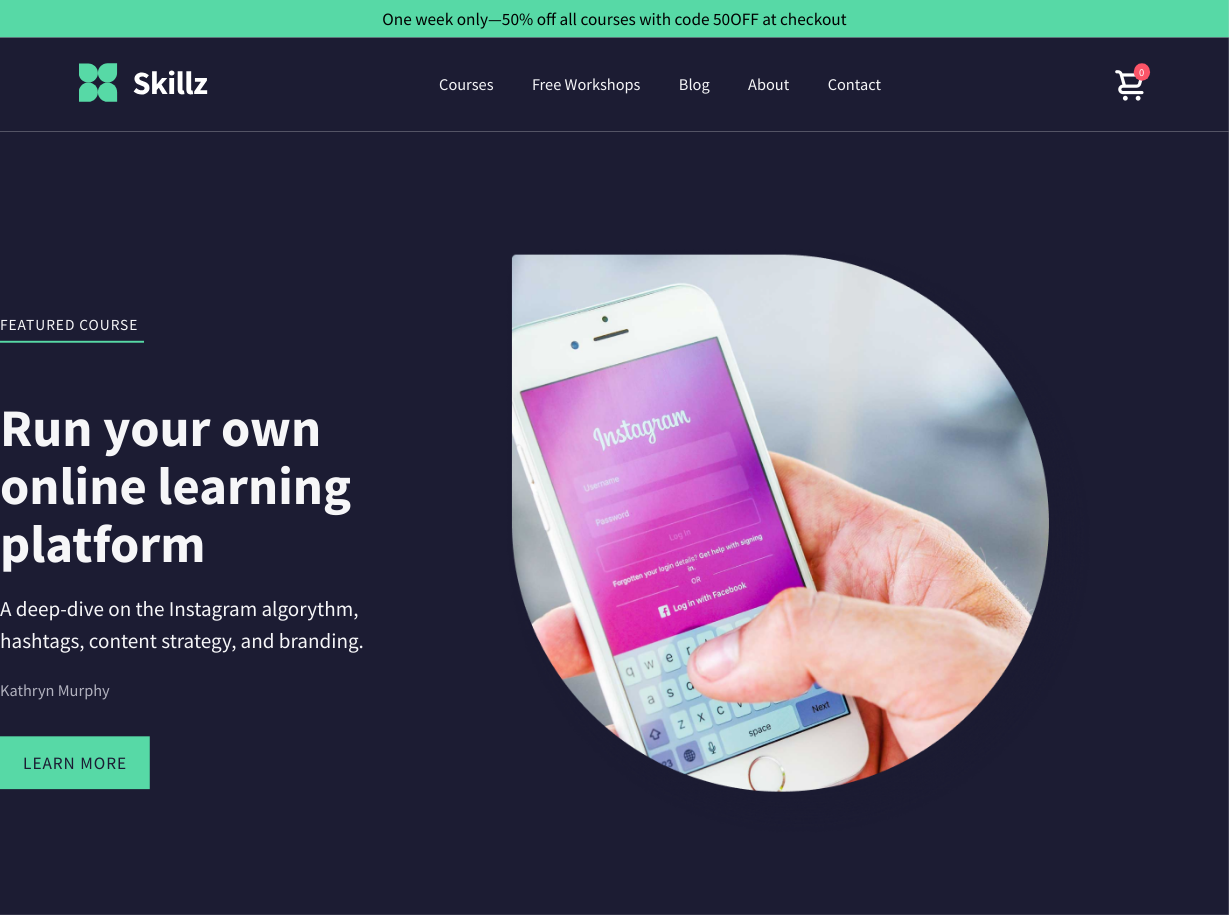
Repository: saidabbasun/skillz
Page: /
An editor plug-in stored every save of this project. The page is shown before and after a run of saves, followed by the edit.
The browser window is 1280 px wide. The pictures show the whole page, at 96% of full size.
The project was rebuilt for these pictures with package versions that can differ from the ones it lists, and the page was loaded fresh each time.

Above is the page before, as saved 2022-06-13 04:30:35.

### public/index.html
<!DOCTYPE html>
<html lang="en">
  <head>
    <meta charset="utf-8" />

    <meta name="viewport" content="width=device-width, initial-scale=1" />
    <meta name="theme-color" content="#000000" />
    <link rel="stylesheet" href="https://unicons.iconscout.com/release/v4.0.0/css/line.css">
    <title>React App</title>
  </head>
  <body>

    <div id="root"></div>

  </body>
</html>

### src/index.js
import React from 'react';
import ReactDOM from 'react-dom/client';
import { BrowserRouter } from "react-router-dom";
import App from './App';


const root = ReactDOM.createRoot(document.getElementById('root'));
root.render(
  <BrowserRouter>
    <App />
  </BrowserRouter>
);

### src/App.js
import Header from './Components/Header';
import Home from './Components/Home';
import './styles/Globl/collection.scss';

function App() {
  return (
    <div>
    <Header/>
    <Home/>
    </div>
  );
}

export default App;

### src/Components/Header.jsx
import React from 'react'

import { Link } from 'react-router-dom';
import Logo from '../assets/images/Logo.svg';
const Header = () => {
  return (
    <div>
        <div className="topDiscount">
            <p>One week only—50% off all courses with code 50OFF at checkout</p>
        </div>
        <div className="container">
            <div className="navbar">
                <Link  to={`/`}>
                <img src={Logo} alt="logo" />
                </Link>
                <div className="navbarNav">
                    <div className="navItem">
                        <Link  to={`/`} className='navLink'>Courses</Link>
                    </div>
                    <div className="navItem">
                        <Link  to={`/`} className='navLink'>Free Workshops</Link>
                    </div>
                    <div className="navItem">
                        <Link  to={`/`} className='navLink'>Blog</Link>
                    </div>
                    <div className="navItem">
                        <Link  to={`/`} className='navLink'>About</Link>
                    </div>
                    <div className="navItem">
                        <Link  to={`/`} className='navLink'>Contact</Link>
                    </div>
                </div>
                <div className="cartWrapper">
                <Link  to={`/`}>
                <i class="uil uil-shopping-cart cart"></i>
                </Link>
                     <div className="count">
                        <p>0</p>
                     </div>
                </div>
            </div>
        </div>
    </div>
  )
}

export default Header

### src/Components/Home.jsx
import React from 'react'
import { Link } from 'react-router-dom'

const Home = () => {
  return (
    <div className='container'>
        <div className="row">
            <div className="col5">
                <div className="Course">
                    <p>Featured Course</p>
                </div>
                <p className='cartTitle'>Run your own online learning platform</p>
                <p className="cartText">A deep-dive on the Instagram algorythm, hashtags, content strategy, and branding.</p>
                <p className="cartAfter">Kathryn Murphy</p>
                <Link to={`/`} className="cartBtn">
                Learn More
                </Link>
            </div>
            <div className="col7">
                <div className="bgRectangle">

                <div className="waveLine"></div>
                    <div className="Rectangle1"></div>
                    <div className="Rectangle2"></div>
                    <div className="Rectangle3"></div>


                </div>
            </div>
        </div>

    </div>
  )
}

export default Home

### src/styles/Globl/collection.scss
@import './globl';
@import './variables.scss';
@import './mixin';
@import '../Globl/font-face.scss';
@import '../Header.scss';
@import '../Home.scss';

### src/styles/Globl/_globl.scss
*{
    box-sizing: border-box;
    padding: 0;
    margin: 0;
    font-family:SourceSansProRegular ;
}
.container{
    margin: 0 auto;


}

### src/styles/Globl/variables.scss
$color_btn:#57D9A6;
$color_bg_title:#1C1C33;
$text_footer: #F6F6F8;
$color_text:#4E4E65;
$color_white:#FFFFFF;
$color_cartBg:#FC5468;

### src/styles/Globl/_mixin.scss
@mixin flexbox {
    display: flex;
    align-items: center;
}

### src/styles/Globl/font-face.scss


@font-face {
    font-family: SourceSansProRegular;

    src:  url('../../assets/fontFamily/SourceSansPro-Regular.ttf');
  }
  @font-face {
    font-family: SourceSansProBold;

    src:  url('../../assets/fontFamily/SourceSansPro-Bold.ttf');
  }
  @font-face {
    font-family: SourceSansProItalic;

    src:  url('../../assets/fontFamily/SourceSansPro-Italic.ttf');
  }

### src/styles/Header.scss
@import './Globl/variables.scss';
@import './Globl/mixin';
.topDiscount{
    background-color:$color_btn;
    font-weight: 400;
font-size: 18px;
text-align: center;

padding: 8px 0;

}
.navbar{
    @include flexbox;
    background-color:$color_bg_title;
    justify-content:space-between;
    padding: 24px 82px;
}
.navbarNav{
    @include flexbox;
 column-gap: 40px;
}

.navLink{

    font-weight: 400;
font-size: 17px;
    text-decoration: none;
    color: $text_footer;
}
.cartWrapper{
    position: relative;
}
.cart{
    color:$color_white;
    font-size: 40px;


}
.count{
    padding:0  6px;
    background-color: $color_cartBg;
    color: $color_white;
    position: absolute;
    border-radius: 50%;
    font-size: 11px;
    line-height: 18px;
    position: absolute;
    top: 3px;
    right: 0;

}

### src/styles/Home.scss
@import './Globl/variables.scss';
@import './Globl/mixin';
.row{

    padding: 120px 0 82px;
 @include flexbox;
 background-color: $color_bg_title;
}
.col5{
    width: 35%;

    color: $text_footer;
}
.Course{
   width: 150px;
   padding: 7px 0;
    font-weight: 400;
font-size: 16px;
letter-spacing: 1px;
text-transform: uppercase;

border-bottom: 2px solid $color_btn;
}
.cartTitle{
    font-family: SourceSansProBold;
    padding: 59px 0 22px;
    font-weight: 700;
font-size: 55px;
line-height: 60px;
}
.cartText{
    line-height: 33px;
font-weight: 400;
font-size: 22px;
}
.cartAfter{
    padding: 22px 0 48px;
    font-weight: 400;
font-size: 17px;
line-height: 27px;
color: #B2B2BF;
}
.cartBtn{
    font-weight: 400;
font-size: 18px;
line-height: 27px;
padding: 16px 24px;
letter-spacing: 1px;
text-transform: uppercase;
background-color: $color_btn;
color: $color_bg_title;
text-decoration: none   ;
}

.col7{
    width: 60%;

}

.bgRectangle{
    position: relative;
    margin: 0 auto;
    width: 614px;
    height: 614px;
    border-radius: 50%;
    border-top-left-radius: 0;

    background-image: url(../assets/images/homeImg.png);
    background-repeat: no-repeat;
    background-position:center;
    background-size:100%;

}

After the next 2 saves:
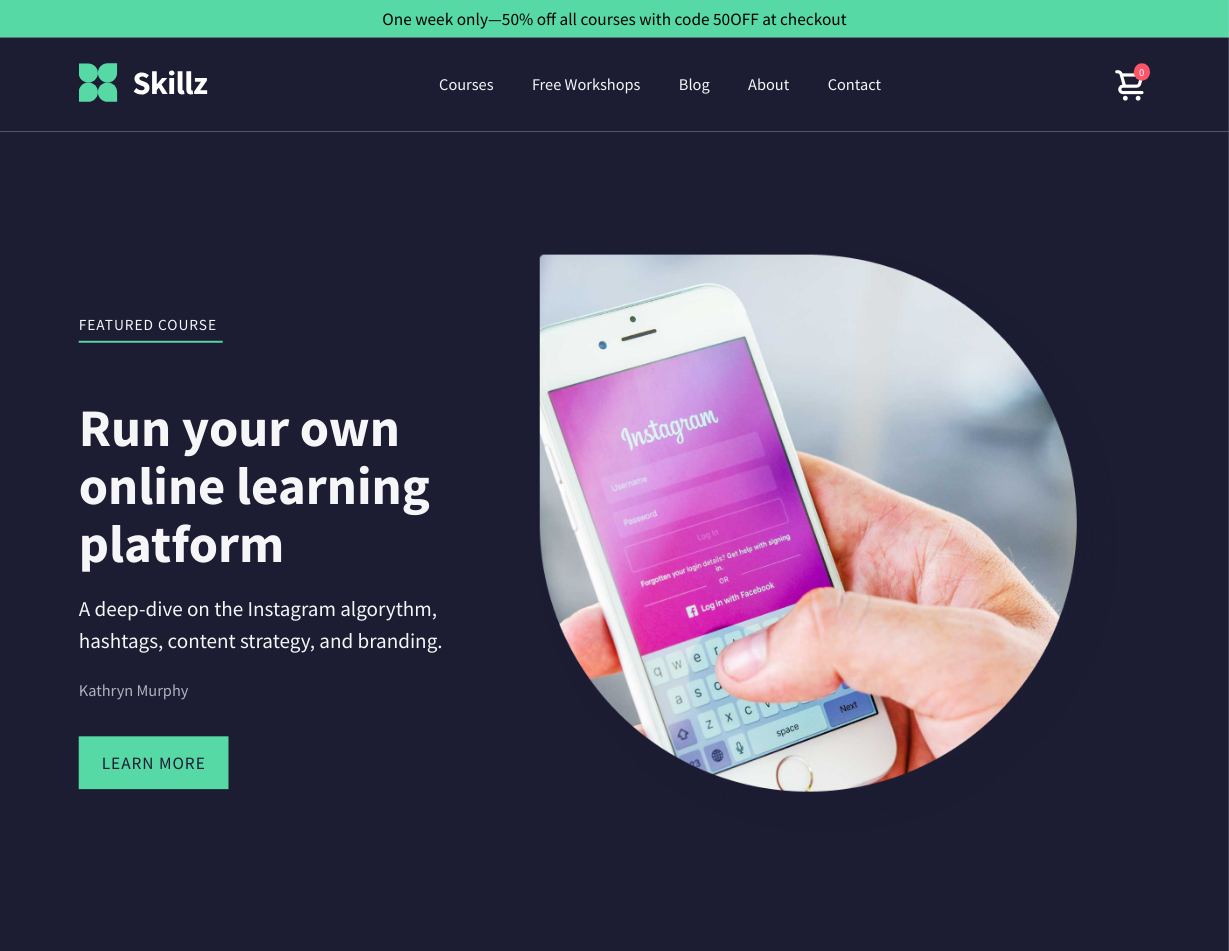
The 2 saves are shown as one change because they came seconds apart.
The last was saved 10 s later.
--- a/src/styles/Home.scss
+++ b/src/styles/Home.scss
@@ -2,7 +2,7 @@
 @import './Globl/mixin';
 .row{
 
-    padding: 120px 0 82px;
+    padding: 120px 0 120px 82px;
  @include flexbox;
  background-color: $color_bg_title;
 }
